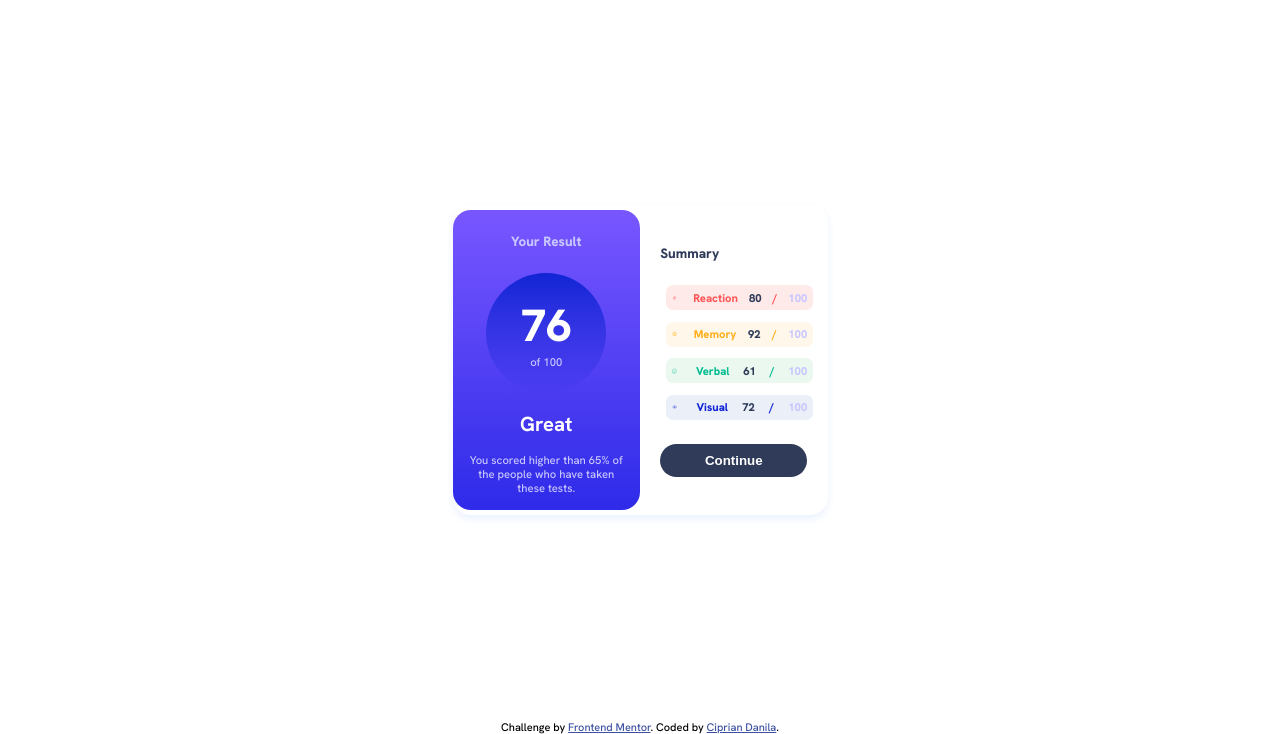
Repository: cipdanila/results-summary-component
Page: index.html
These files come from the project's save history. The page is drawn as it stood at one moment and after the next save; the edit follows.
The browser window is 1280 px wide. The pictures show the whole page.

Above is the page before, as saved 2024-02-02 20:38:33.

### index.html
<!DOCTYPE html>
<html lang="en">
    <head>
        <meta charset="UTF-8" />
        <meta name="viewport" content="width=device-width, initial-scale=1.0" />
        <!-- displays site properly based on user's device -->

        <link rel="icon" type="image/png" sizes="32x32" href="./assets/images/favicon-32x32.png" />
        <link rel="stylesheet" href="styles.css" />
        <title>Frontend Mentor | Results summary component</title>
    </head>
    <body>
        <main>
            <div class="card">
                <div class="result">
                    <p id="result-title">Your Result</p>
                    <div class="score-circle">
                        <div class="big-num">76</div>
                        <div class="small-text">of 100</div>
                    </div>
                    <h4>Great</h4>
                    <p>You scored higher than 65% of the people who have taken these tests.</p>
                </div>
                <div class="summary">
                    <p id="summary">Summary</p>
                    <div class="reaction">
                        <img src="./assets/images/icon-reaction.svg" alt="raction icon" />
                        <p>Reaction</p> <span class="percent">80</span> / <span class="hundred">100</span>
                    </div>
                    <div class="memory">
                        <img src="./assets/images/icon-memory.svg" alt="memory icon" />
                        <p>Memory</p> <span class="percent">92</span> / <span class="hundred">100</span>
                    </div>
                    <div class="verbal">
                        <img src="./assets/images/icon-verbal.svg" alt="verbal icon" />
                        <p>Verbal</p> <span class="percent">61</span> / <span class="hundred">100</span>
                    </div>
                    <div class="visual">
                        <img src="./assets/images/icon-visual.svg" alt="visual icon" />
                        <p>Visual</p> <span class="percent">72</span> / <span class="hundred">100</span>
                    </div>
                    <button class="continue" type="button">Continue</button>
                </div>
            </div>
        </main>

        <footer>
            <div class="attribution">
                Challenge by
                <a
                    href="https://www.frontendmentor.io/challenges/results-summary-component-CE_K6s0maV/hub"
                    target="_blank"
                    rel="noopener noreferer"
                    >Frontend Mentor</a
                >. Coded by <a href="https://github.com/cipdanila" target="_blank" rel="noopener noreferer">Ciprian Danila</a>.
            </div>
        </footer>
    </body>
</html>

### styles.css
@import url("https://fonts.googleapis.com/css2?family=Hanken+Grotesk:wght@500;700;800&display=swap");

:root {
    /* Colors */
    /* Primary */
    --light-red: hsl(0, 100%, 67%);
    --orange-yellow: hsl(39, 100%, 56%);
    --green-teal: hsl(166, 100%, 37%);
    --cobalt-blue: hsl(234, 85%, 45%);
    /* Gradients */
    --light-slate-blue: hsl(252, 100%, 67%); /*  (background) */
    --light-royal-blue: hsl(241, 81%, 54%); /* (background) */

    --violet-blue: hsla(256, 72%, 46%, 1); /* (circle) */
    --persian-blue: hsla(241, 72%, 46%, 0); /* (circle) */
    /* Neutral */
    --white: hsl(0, 0%, 100%);
    --pale-blue: hsl(221, 100%, 96%);
    --light-lavender: hsl(241, 100%, 89%);
    --dark-gray-blue: hsl(224, 30%, 27%);
}

*,
*::after,
*::before {
    box-sizing: border-box;
    margin: 0;
    padding: 0;
}

body,
html {
    height: 100%;
    font-family: "Hanken Grotesk", sans-serif;
    font-size: 1.125rem; /* 18px */
    font-weight: 300;
    background-color: var(--white);
}

main {
    display: flex;
    justify-content: center;
    align-items: center;
    height: 100%;
}

.card {
    max-width: 375px;
    border-radius: 1rem;
    box-shadow: 0 4px 8px 0 var(--pale-blue);
    display: flex;
    justify-content: center;
    align-items: center;
    background-color: var(--white);
}

.result {
    width: 50%;
    display: flex;
    flex-direction: column;
    justify-content: center;
    align-items: center;
    background: linear-gradient(to bottom, var(--light-slate-blue) 0%, var(--light-royal-blue) 100%);
    color: var(--white);
    border-radius: 1rem;
}

.result #result-title {
    padding: 1.25rem;
    font-weight: 800;
    font-size: 0.75rem;
}

.score-circle {
    width: 120px;
    height: 120px;
    border-radius: 50%;
    background: linear-gradient(to bottom, var(--cobalt-blue) 0%, var(--persian-blue) 100%);
    display: flex;
    flex-direction: column;
    justify-content: center;
    align-items: center;
}

.big-num {
    font-size: 2.5rem;
    font-weight: 800;
}

.small-text {
    font-size: 0.625rem;
    color: var(--light-lavender);
}

.result h4 {
    padding-top: 1rem;
}

.result p {
    font-size: 0.625rem;
    color: var(--light-lavender);
    padding: 0.875rem;
    text-align: center;
}

.summary {
    width: 50%;
    height: auto;
    display: flex;
    flex-direction: column;
    justify-content: center;
    padding: 1.125rem;
    font-weight: 800;
}

.summary p#summary {
    padding: 1rem 0;
    font-size: 0.75rem;
    font-weight: 800;
    color: var(--dark-gray-blue);
}

.summary div {
    width: 100%;
    padding: 0.313rem;
    margin: 0.313rem;
    font-size: 0.625rem;
    display: flex;
    justify-content: space-between;
    border-radius: 0.375rem;
}

.summary div img {
    margin-right: 0.313rem;
    width: 5px;
}

.summary .percent {
    color: var(--dark-gray-blue);
}

.summary .hundred {
    color: var(--light-lavender);
}

.summary .reaction {
    background-color: rgba(255, 51, 51, 0.1);
    color: var(--light-red);
}

.summary .memory {
    background-color: rgba(255, 187, 51, 0.1);
    color: var(--orange-yellow);
}

.summary .verbal {
    background-color: rgba(51, 187, 102, 0.1);
    color: var(--green-teal);
}

.summary .visual {
    background-color: rgba(51, 102, 187, 0.1);
    color: var(--cobalt-blue);
    border-radius: 0.375rem;
}

button {
    width: 100%;
    padding: 0.5rem;
    margin: 1rem auto;
    display: flex;
    justify-content: center;
    align-items: center;
    color: var(--white);
    background-color: var(--dark-gray-blue);
    font-weight: 700;
    border-radius: 1rem;
    border: none;
    cursor: pointer;
}

.attribution {
    font-size: 11px;
    text-align: center;
}
.attribution a {
    color: hsl(228, 45%, 44%);
}

After the next save:
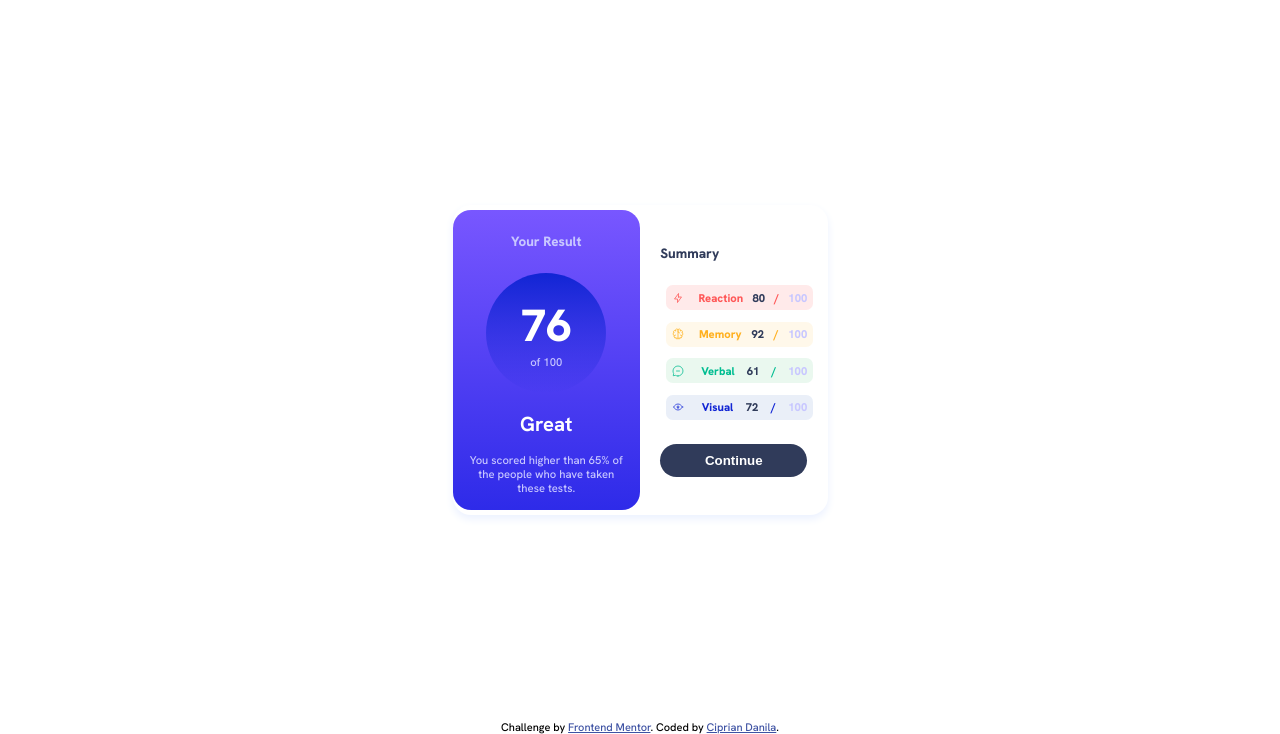
Saved 10 s later.
--- a/styles.css
+++ b/styles.css
@@ -132,7 +132,7 @@
 
 .summary div img {
     margin-right: 0.313rem;
-    width: 5px;
+    width: 12px;
 }
 
 .summary .percent {
